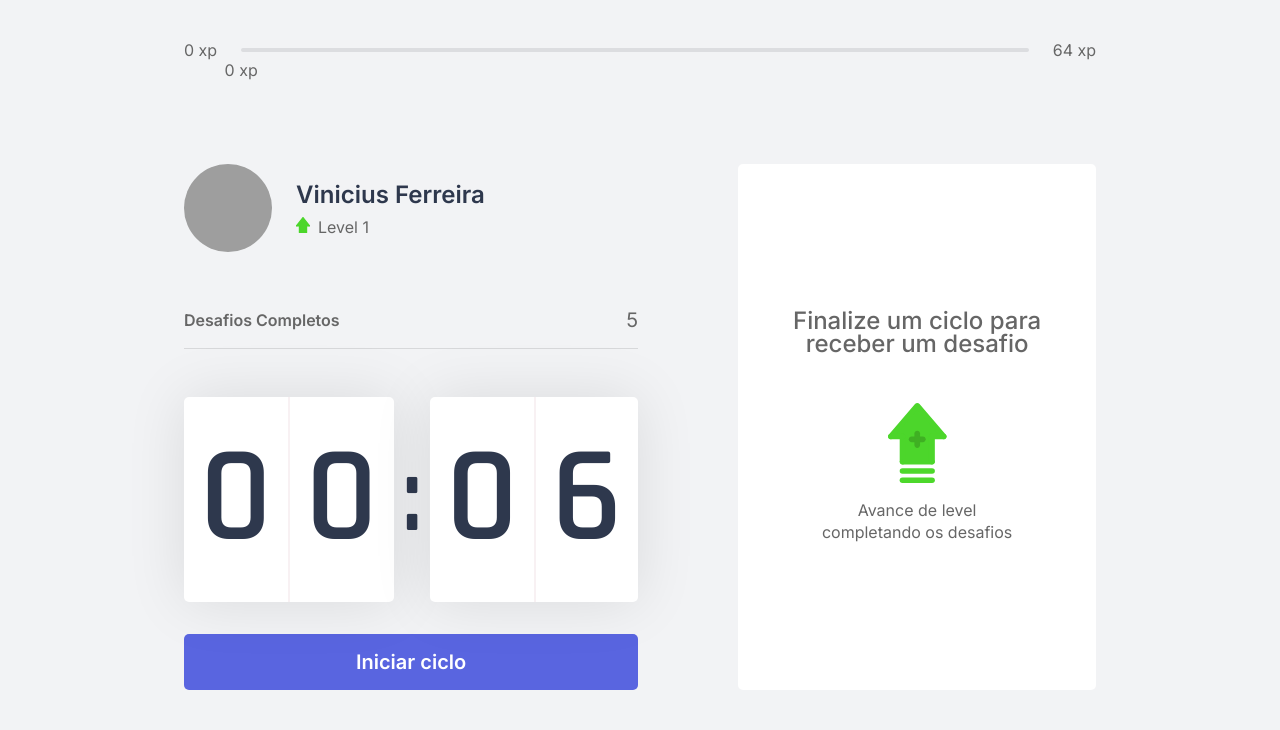
Repository: viniciusfg05/nlwFocus
Page: /
An editor plug-in stored every save of this project. The page is shown before and after a run of saves, followed by the edit.
The browser window is 1280 px wide. The pictures show the whole page.
Pictures or frames that could not be fetched are drawn as grey boxes. The project was rebuilt for these pictures with package versions that can differ from the ones it lists, and the page was loaded fresh each time. The framework's server and built-in components were replaced by stand-ins that run in the browser.

Above is the page before, as saved 2022-02-28 15:16:40.

After the next 3 saves:
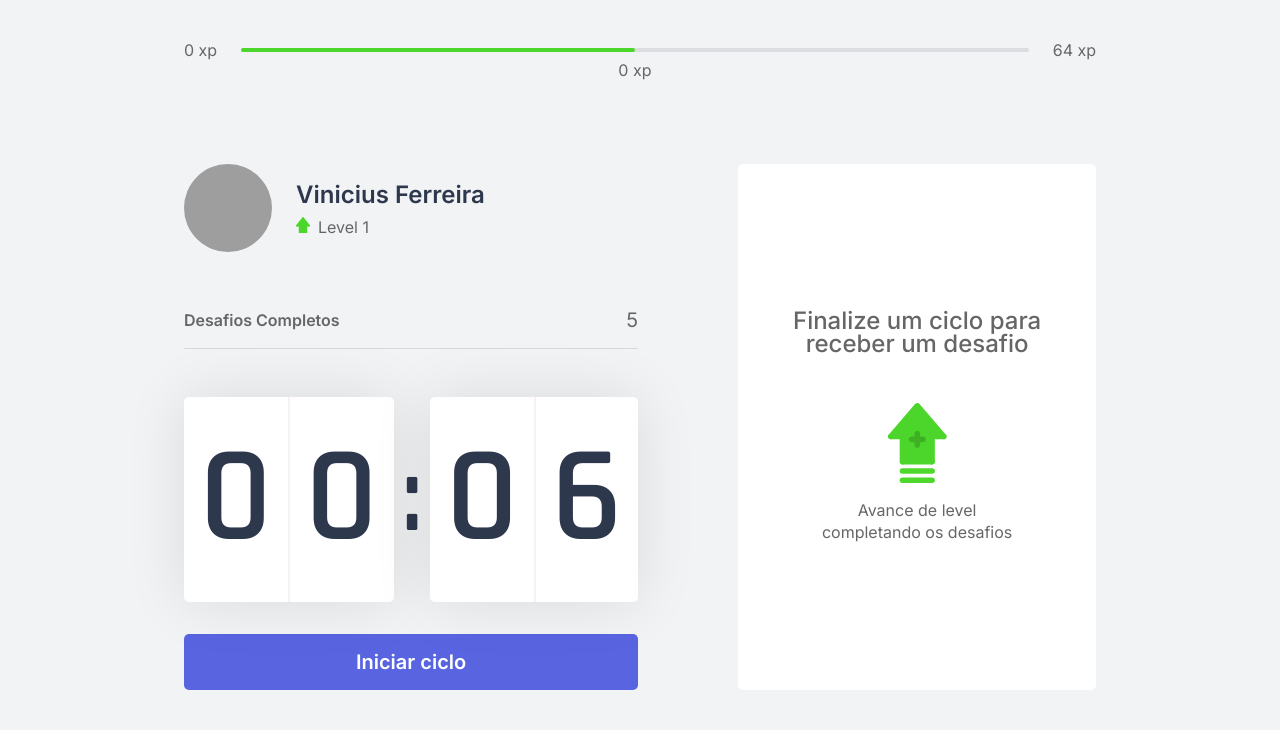
The 3 saves are shown as one change because 2 did not build or start.
The last was saved 48 s later.
--- a/src/components/ExperinceBar.tsx
+++ b/src/components/ExperinceBar.tsx
@@ -11,11 +11,9 @@ export function ExperienceBar() {
         <header className={styles.experienceBar}>
             <span>0 xp</span>
                 <div>
-                    <div style={{ width: `${porcentalNextLevel}`,}}/>
+                    <div style={{ width: '50%',}}/>
 
-                    <span className={styles.currentExperience} style={{ left: `${porcentalNextLevel}`}}>
-                        {currentExperience} xp
-                    </span>
+                    <span className={styles.currentExperience} style={{ left: '50%'}}>{currentExperience} xp</span>
                 </div>
             <span>{experienceNextLevel} xp</span>
         </header>
